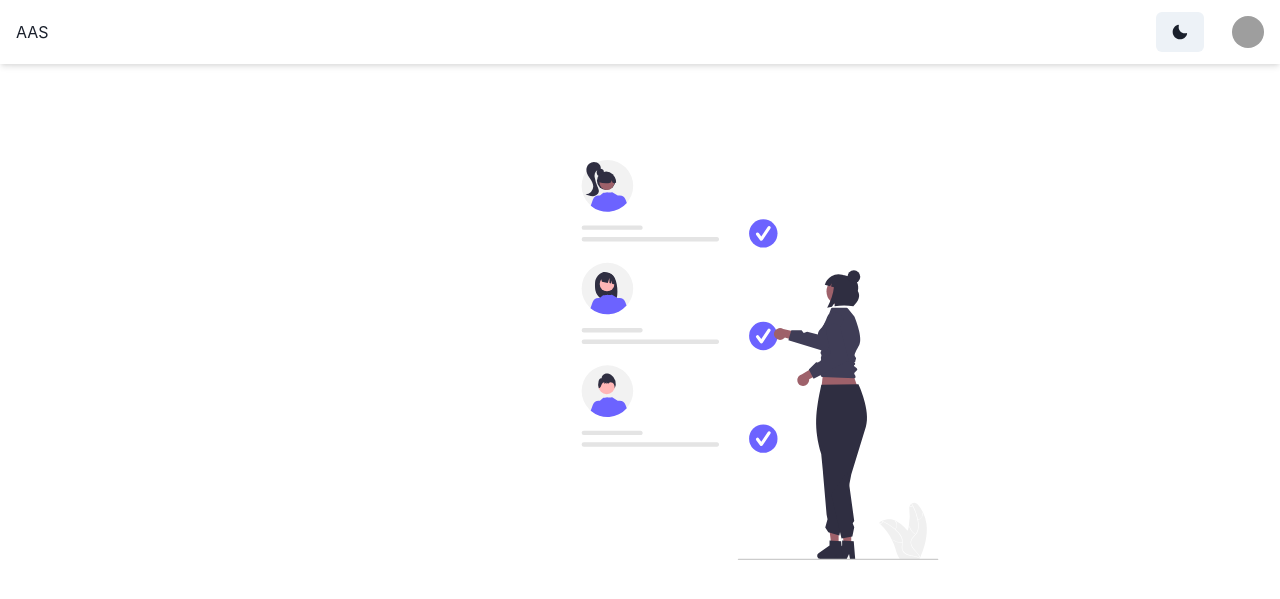
Repository: shash0708/attendence
Page: /
An editor plug-in stored every save of this project. The page is shown before and after a run of saves, followed by the edit.
The browser window is 1280 px wide. The pictures show the whole page.
Pictures or frames that could not be fetched are drawn as grey boxes. The project was rebuilt for these pictures with package versions that can differ from the ones it lists, and the page was loaded fresh each time. Also part of the build but not shown: src/App.css, src/components/Login/Login.component.jsx, src/components/Signup/Signup.component.jsx, src/routes/Authentication/Authentication.component.jsx.

Above is the page before, as saved 2024-04-06 19:14:17.

After the next 2 saves:
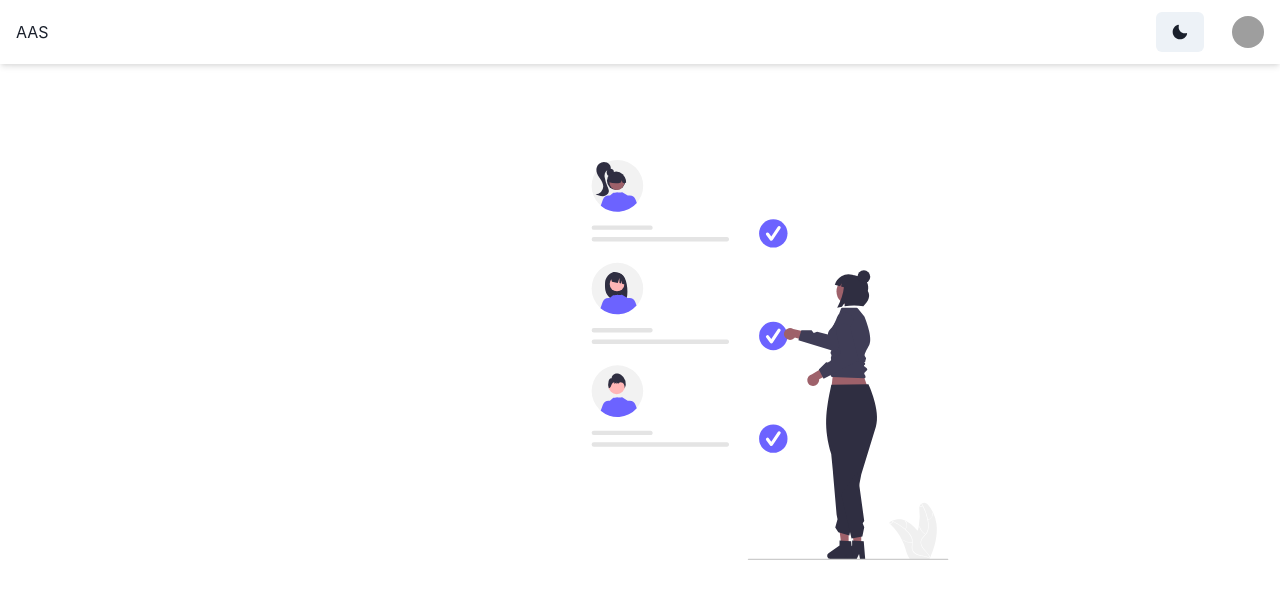
The 2 saves are shown as one change because they came seconds apart.
The last was saved 11 s later.
--- a/src/components/homeProp/HomeProp.styles.scss
+++ b/src/components/homeProp/HomeProp.styles.scss
@@ -4,6 +4,6 @@
   height: 400px;  // Add other styling properties as needed
   position: fixed;
   top: 50%; // Adjust as needed
-  right: 20px; // Adjust as needed
+  right: 10px; // Adjust as needed
   transform: translateY(-50%);
 }
